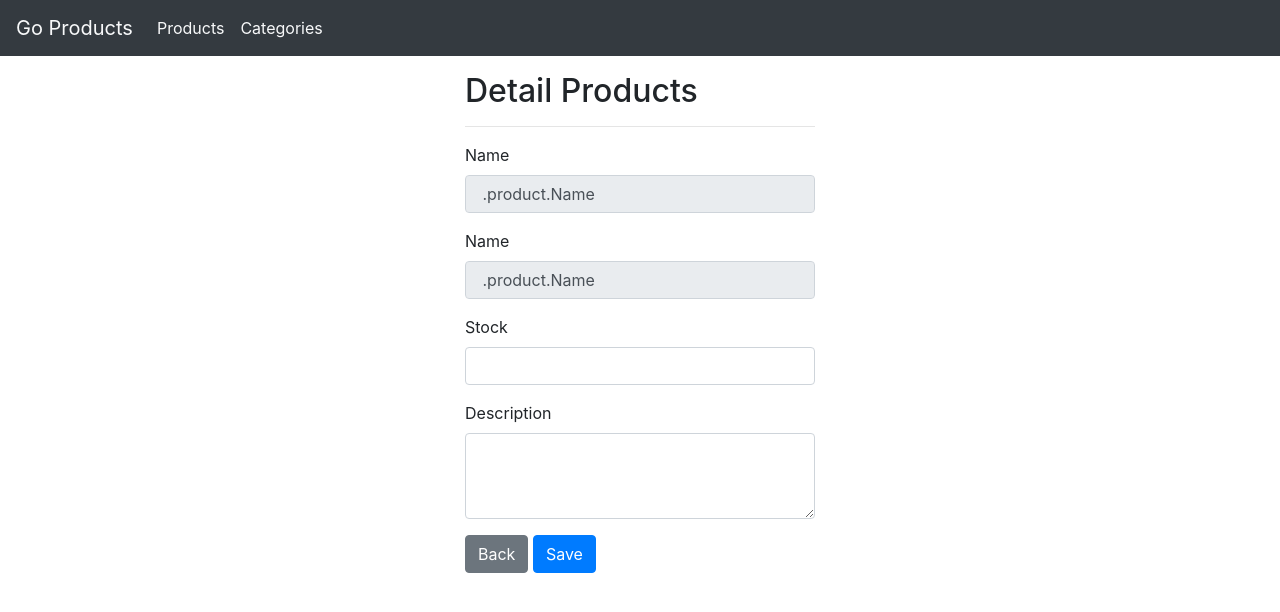
Repository: Nouthemoran/go-web-native-crud
Page: views/product/detail.html
An editor plug-in stored every save of this project. The page is shown before and after the next save, followed by the edit.
The browser window is 1280 px wide. The pictures show the whole page.

Above is the page before, as saved 2023-10-11 11:39:27.

After the next save:
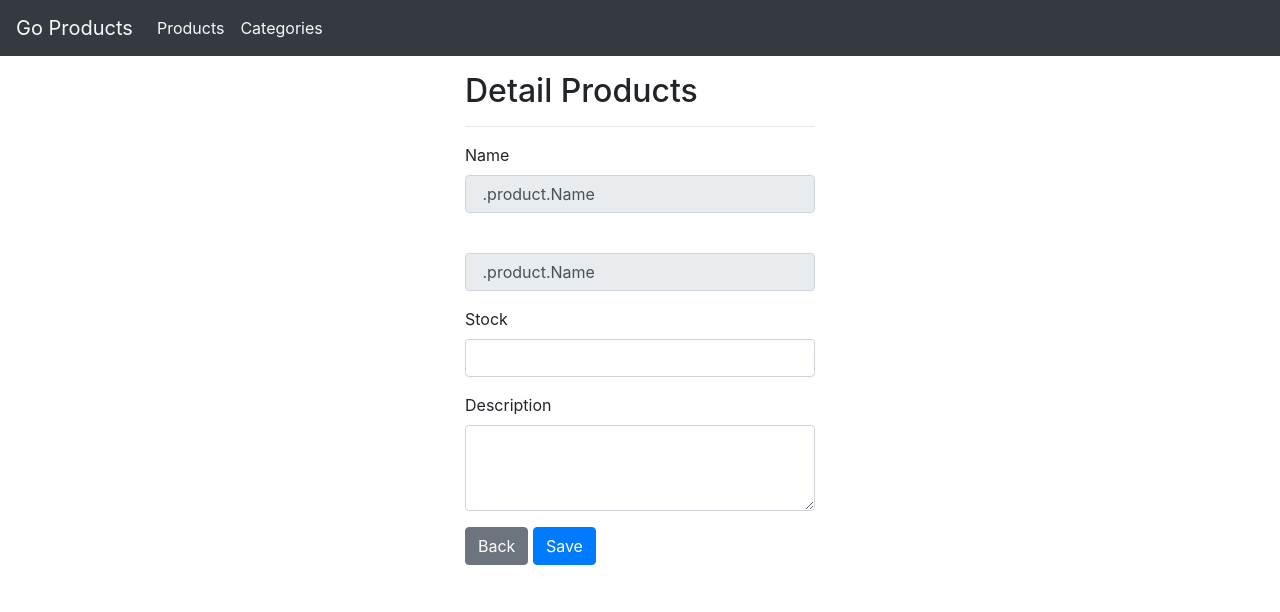
Saved 13 s later.
--- a/views/product/detail.html
+++ b/views/product/detail.html
@@ -41,7 +41,7 @@
                         <input type="text" class="form-control" name="name" autocomplete="off" value=" .product.Name " disabled>
                     </div>
                     <div class="form-group">
-                        <label>Name</label>
+                        <label></label>
                         <input type="text" class="form-control" name="name" autocomplete="off" value=" .product.Name " disabled>
                     </div>
                     <div class="form-group">

After the save that followed:
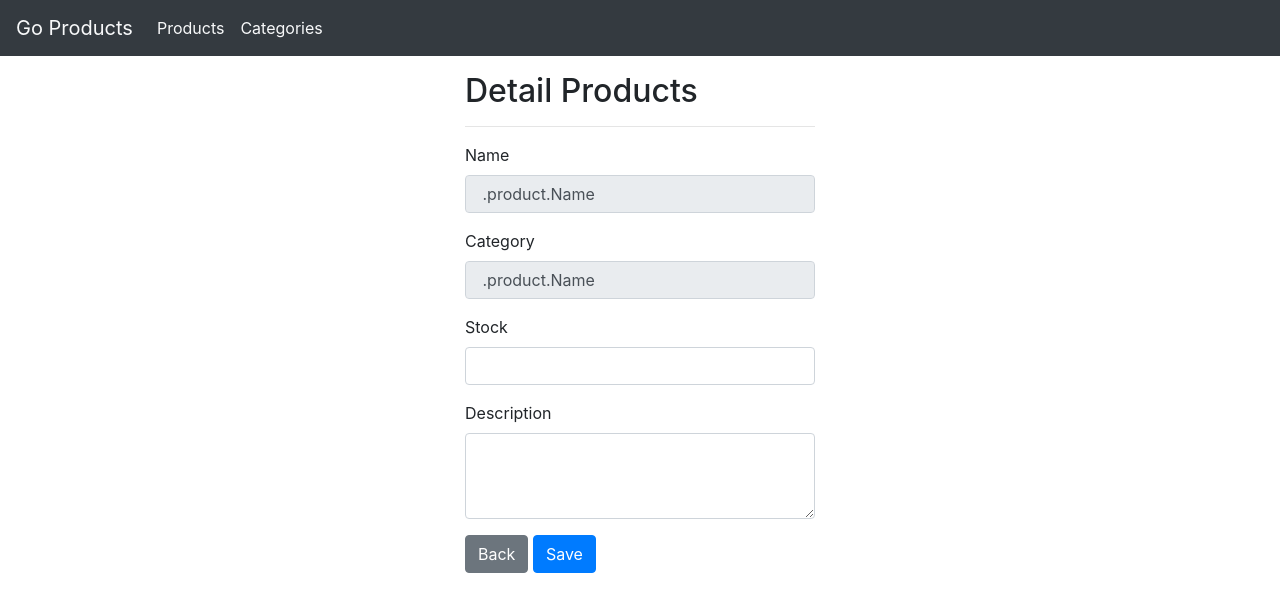
Saved 5 s later.
--- a/views/product/detail.html
+++ b/views/product/detail.html
@@ -41,7 +41,7 @@
                         <input type="text" class="form-control" name="name" autocomplete="off" value=" .product.Name " disabled>
                     </div>
                     <div class="form-group">
-                        <label></label>
+                        <label>Category</label>
                         <input type="text" class="form-control" name="name" autocomplete="off" value=" .product.Name " disabled>
                     </div>
                     <div class="form-group">
